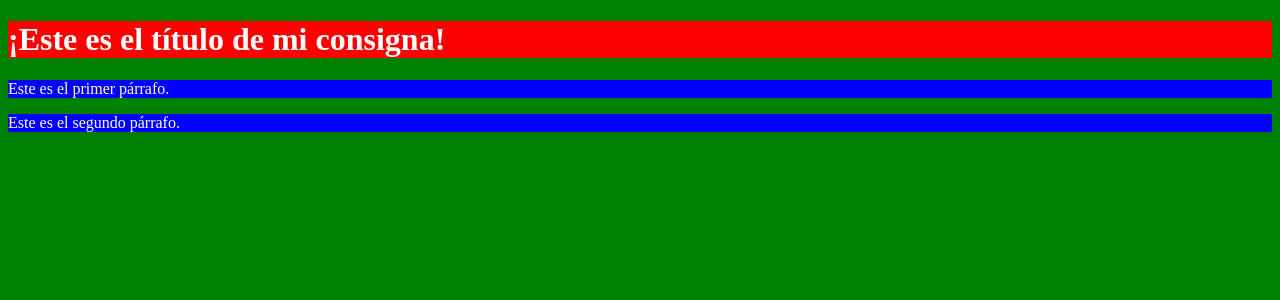
Repository: ScoggoDev/DesarrolloWeb
Page: web dev/index.html
These files come from the project's save history. The page is drawn as it stood at one moment and after the next save; the edit follows.
The browser window is 1280 px wide. The pictures show the whole page.

Above is the page before, as saved 2021-06-26 00:19:06.

After the next save:
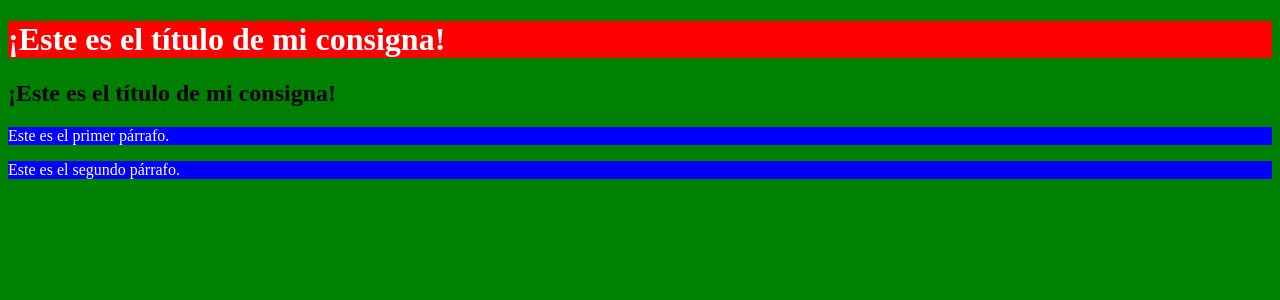
Saved 23 s later.
--- a/web dev/index.html
+++ b/web dev/index.html
@@ -7,6 +7,7 @@
 <html>
     <body>
         <h1>¡Este es el título de mi consigna!</h1>
+        <h2>¡Este es el título de mi consigna!</h1>
         <p>Este es el primer párrafo.</p>
         <p>Este es el segundo párrafo.</p>
     </body>
